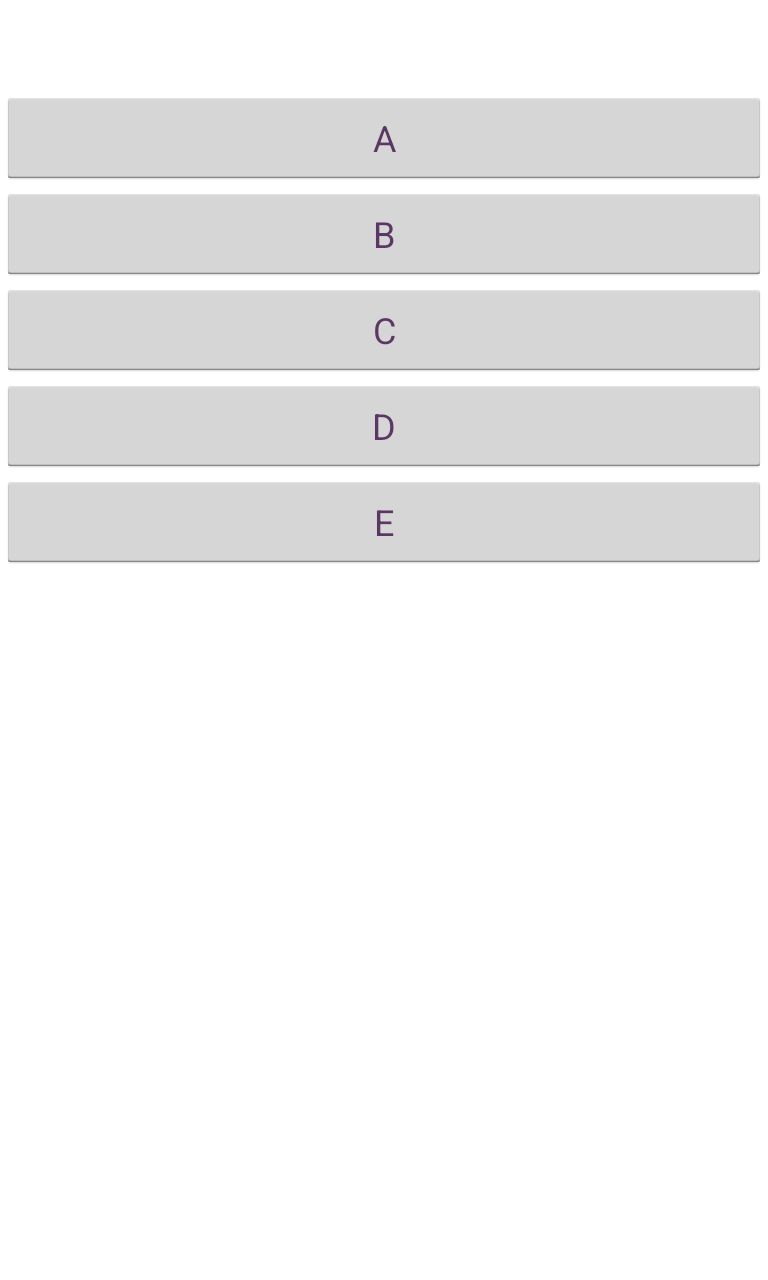
Repository: kurisutianmoscosa-zz/ojt
Layout: ANDROID DEVELOPMENT FILES - EASYABC/AndroidDev/EasyABC/res/layout/activity_second.xml
An editor plug-in stored every save of this project. The layout is shown before and after the next save, followed by the edit.
It is drawn on a 768 x 1280 px phone screen (xhdpi) without system bars, with theme AppTheme; the app's code is not run.

Above is the layout before, as saved 2013-05-01 16:38:38.

After the next save:
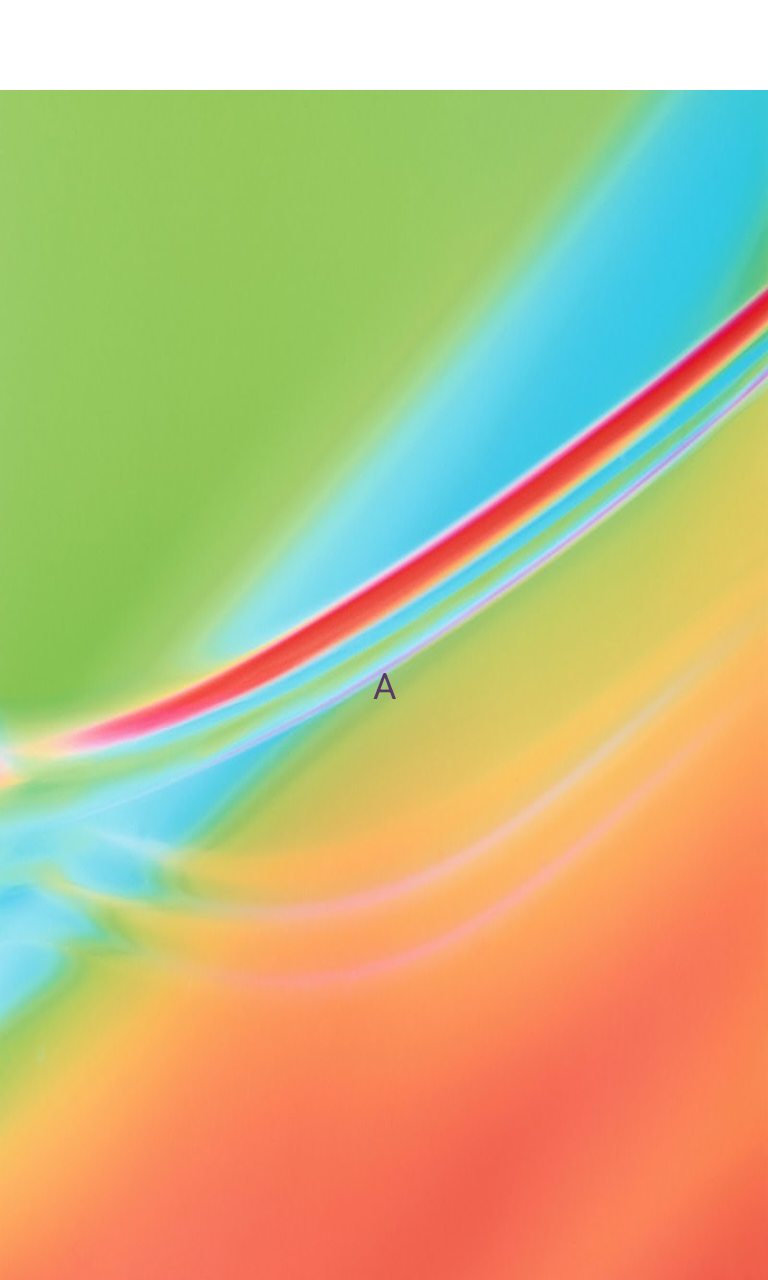
Saved 6 min 26 s later.
--- a/ANDROID DEVELOPMENT FILES - EASYABC/AndroidDev/EasyABC/res/layout/activity_second.xml
+++ b/ANDROID DEVELOPMENT FILES - EASYABC/AndroidDev/EasyABC/res/layout/activity_second.xml
@@ -12,7 +12,8 @@
         android:layout_marginTop="45dp"
         android:textColor="#5a3764"
         android:text="@string/alpha1"
-        android:onClick="a1" />
+        android:onClick="a1"
+        android:background="@drawable/second"/>
 
 
     <Button
